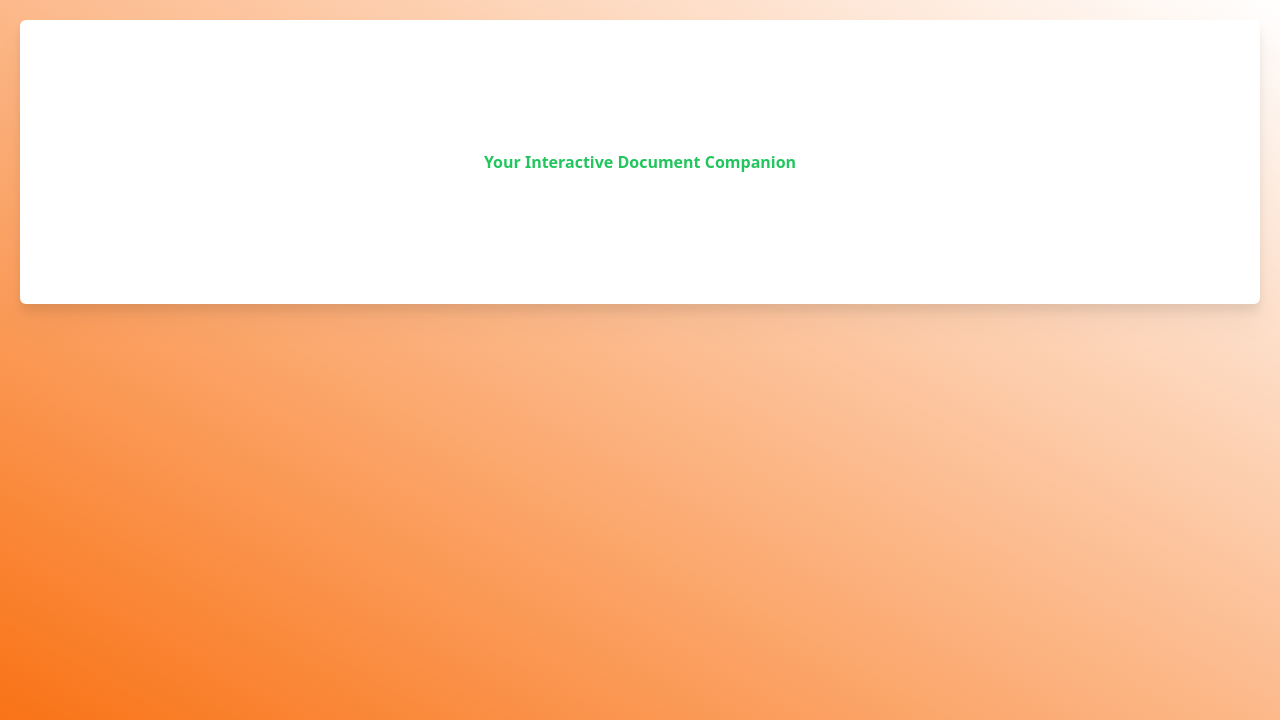
Repository: ankur28/chat-with-pdf
Page: /
An editor plug-in stored every save of this project. The page is shown before and after the next save, followed by the edit.
The browser window is 1280 px wide. The pictures show the whole page.
The project was rebuilt for these pictures with package versions that can differ from the ones it lists, and the page was loaded fresh each time. Some packages were replaced by stand-ins written for this rebuild. The framework's server and built-in components were replaced by stand-ins that run in the browser. Also part of the build but not shown: next.config.js, next.config.mjs.

Above is the page before, as saved 2024-07-24 17:33:11.

### app/layout.tsx
import type { Metadata } from "next";
import { Inter } from "next/font/google";
import "./globals.css";
import {
  ClerkProvider,
} from '@clerk/nextjs'

const inter = Inter({ subsets: ["latin"] });

export const metadata: Metadata = {
  title: "ChatWithPDF",
  description: "Generated by create next app",
};

export default function RootLayout({
  children,
}: Readonly<{
  children: React.ReactNode;
}>) {
  return (
    <ClerkProvider>
        <html lang="en">
          <body className="min-h-screen h-screen overflow-hidden flex flex-col">{children}</body>
        </html>
    </ClerkProvider>
  );
}

### app/page.tsx
import Image from "next/image";
import {
  GlobeIcon,ZapIcon, BrainCogIcon, EyeIcon, ServerCogIcon, MonitorSmartphoneIcon
} from 'lucide-react'

const features = [
  {
  name: "keep all your important pdf files securely stored and easily accessible anytime, anywhere",
  description:
  "Store your crucial PDF files securely and enjoy seamless access from anywhere, at any time",
  icon: GlobeIcon,
  },
  {
  name: "Sizzling fast responses",
  description:
  "Experiene lightening-fast asnwers to your queries ensuring you get hte information you need instantly ",
  icon: ZapIcon,
  },
  {
  name: "store your PDF description",
  description:
  "Store your crucial PDF files securely and enjoy seamless access from anywhere, at any time",
  icon: GlobeIcon,
  },
  {
  name: "Chat Memorisation",
  description:
  "Our intelligent chatbot remembers previous interactions, providing a seamless and personalized experience",
  icon: BrainCogIcon,
  },
  {
  name: "Interactive PDF viewer",
  description:
  "Engage with your PDFs like never beforeusing our intuitive and interactive viewer ",
  icon: EyeIcon,
  },
  {
  name: "Cloud Backup",
  description:
  "Rest assured knowing your documents are safely backed up on the cloud, protected from loss or damage",
  icon: ServerCogIcon,
  },
  {
  name: "Responsive Across Devices",
  description:
  "Acces and chat with your PDFs seamlessly on any device, whether it's your desktop, tablet or smartphone",
  icon: MonitorSmartphoneIcon,
  },
  ];

export default function Home() {
  return (
    <main className="flex-1 overflow-scroll p-2 lg:p-5 bg-gradient-to-bl from-white to-orange-500">
      <div className="bg-white py-24 sm:py-32 rounded-md drop-shadow-xl">
        <div className="flex flex-col justify-center items-center mx-auto max-w-7xl px-6 lg:px-8">
          <div className="mx-auto max-w-2xl sm:text-center">
            <h2 className="text-base font-semibold leading-7 text-green-500">Your Interactive Document Companion</h2>
          </div>
        </div>
      </div>
    </main>
  );
}

Loaded but not shown: app/globals.css (common file); tailwind.config.ts (common file)

After the next save:
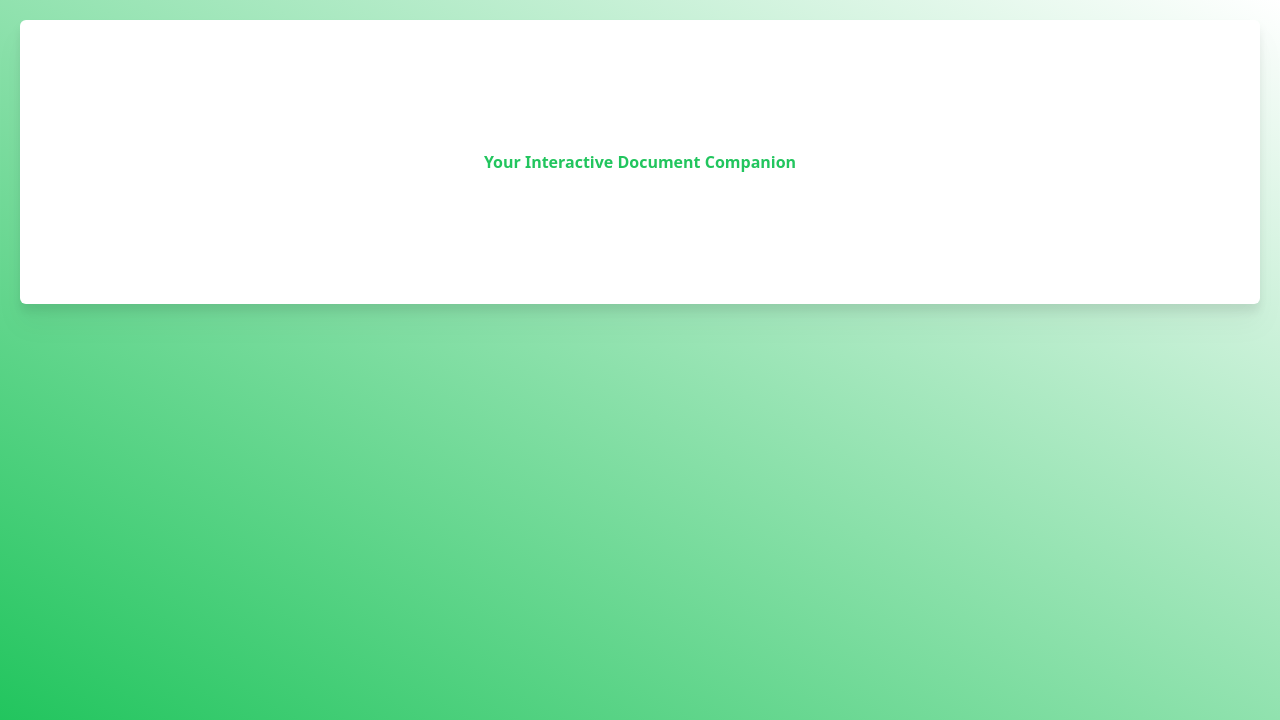
Saved 12 s later.
--- a/app/page.tsx
+++ b/app/page.tsx
@@ -50,7 +50,7 @@
 
 export default function Home() {
   return (
-    <main className="flex-1 overflow-scroll p-2 lg:p-5 bg-gradient-to-bl from-white to-orange-500">
+    <main className="flex-1 overflow-scroll p-2 lg:p-5 bg-gradient-to-bl from-white to-green-500">
       <div className="bg-white py-24 sm:py-32 rounded-md drop-shadow-xl">
         <div className="flex flex-col justify-center items-center mx-auto max-w-7xl px-6 lg:px-8">
           <div className="mx-auto max-w-2xl sm:text-center">
